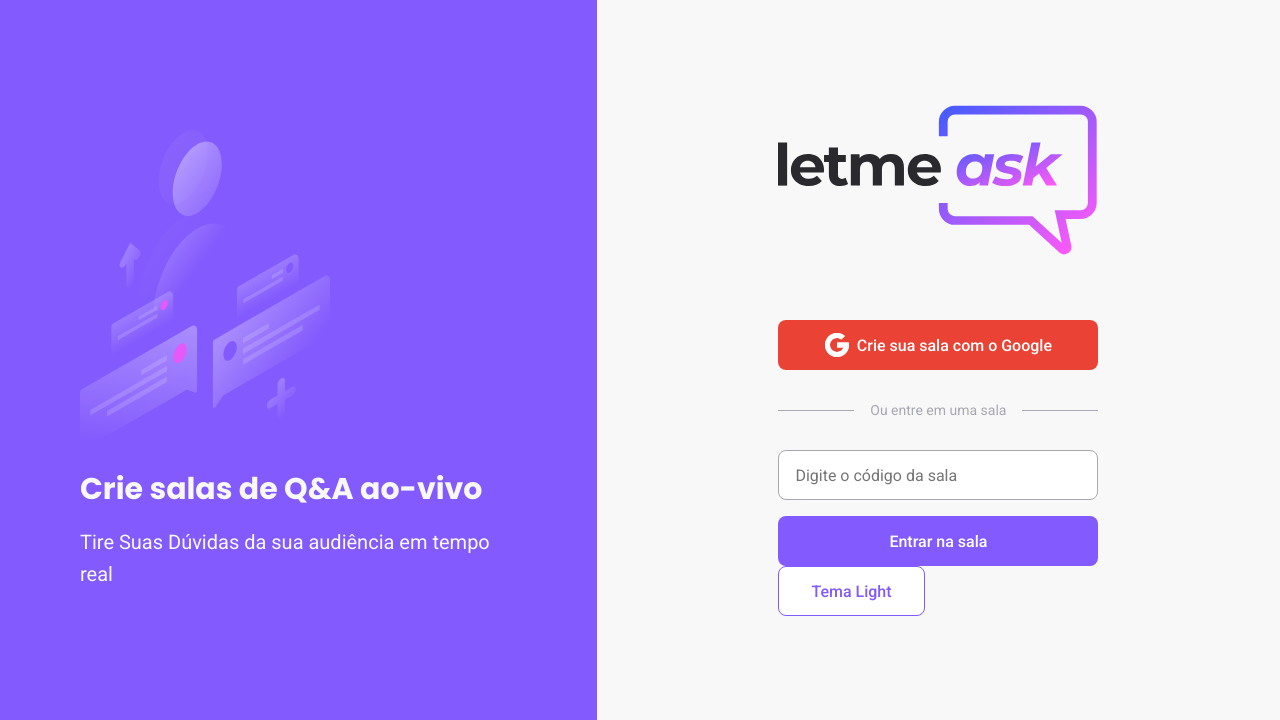
Repository: luisbisp/letmeask
Page: /
The author's editor kept a copy of each file at every save. The page is drawn from the files as they stood at one save, then again after the next save.
The browser window is 1280 px wide. The pictures show the whole page.
The project was rebuilt for these pictures with package versions that can differ from the ones it lists, and the page was loaded fresh each time. Also part of the build but not shown: src/pages/NewRoom.tsx, src/styles/question.scss, src/components/Question.tsx, src/styles/room-code.scss, src/components/RoomCode.tsx, src/hooks/useRoom.ts, src/styles/room.scss, src/pages/Room.tsx and 1 more.

Above is the page before, as saved 2021-07-05 11:39:34.

After the next save:
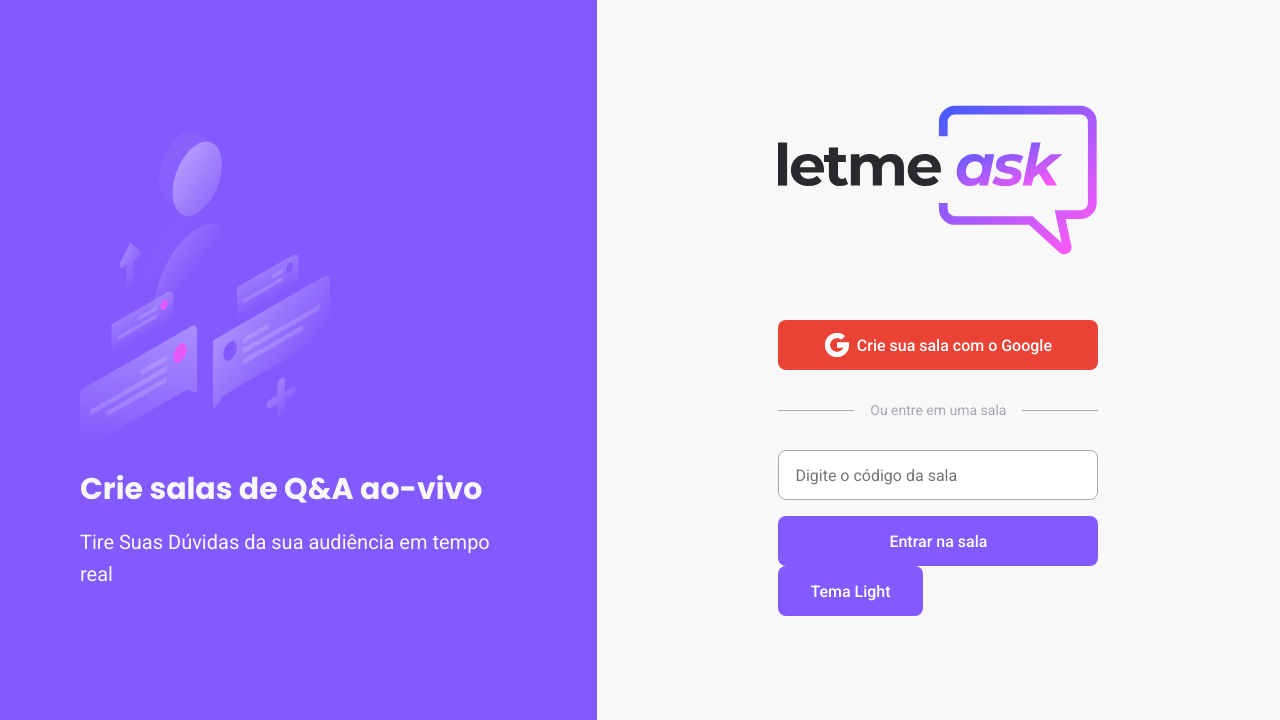
Saved 107 s later.
--- a/src/components/ThemeChanger.tsx
+++ b/src/components/ThemeChanger.tsx
@@ -22,7 +22,7 @@
     })
     return (
       <div>
-        <Button isOutlined onClick={handleChange}>{themeState ? 'Tema Dark' : ' Tema Light'}</Button>
+        <Button  onClick={handleChange}>{themeState ? 'Tema Dark' : ' Tema Light'}</Button>
       </div>
     )
   }
